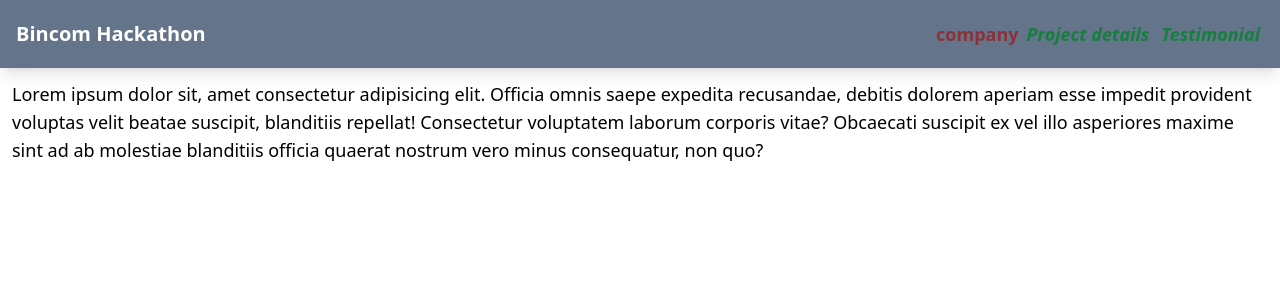
Repository: Semanmernstack/Bincom
Page: /about
These files come from the project's save history. The page is drawn as it stood at one moment and after the next save; the edit follows.
The browser window is 1280 px wide. The pictures show the whole page.
The project was rebuilt for these pictures with package versions that can differ from the ones it lists, and the page was loaded fresh each time. The framework's server and built-in components were replaced by stand-ins that run in the browser. Also part of the build but not shown: next.config.mjs.

Above is the page before, as saved 2024-01-25 23:50:42.

After the next save:
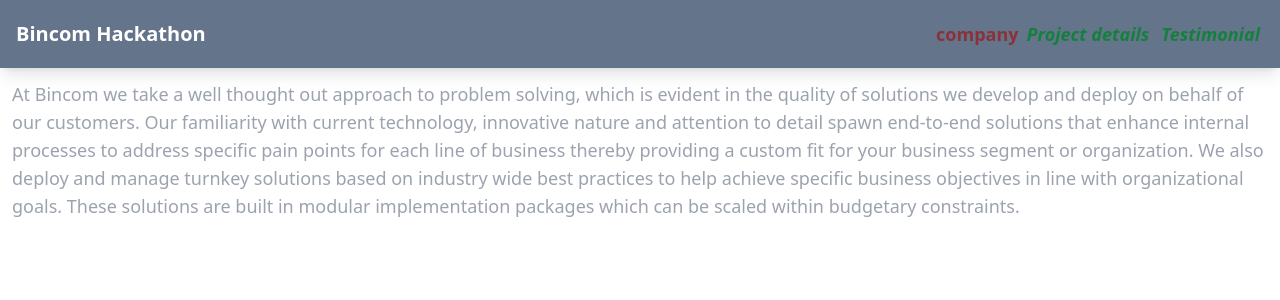
Saved 80 s later.
--- a/app/about/page.tsx
+++ b/app/about/page.tsx
@@ -2,9 +2,9 @@ import React from 'react'
 
 function page() {
   return (
-    <div className='p-3  text-sm md:text-lg'>
+    <div className='p-3 text-gray-400  text-sm md:text-lg'>
         <span className=''>
-        Lorem ipsum dolor sit, amet consectetur adipisicing elit. Officia omnis saepe expedita recusandae, debitis dolorem aperiam esse impedit provident voluptas velit beatae suscipit, blanditiis repellat! Consectetur voluptatem laborum corporis vitae? Obcaecati suscipit ex vel illo asperiores maxime sint ad ab molestiae blanditiis officia quaerat nostrum vero minus consequatur, non quo?
+            At Bincom we take a well thought out approach to problem solving, which is evident in the quality of solutions we develop and deploy on behalf of our customers. Our familiarity with current technology, innovative nature and attention to detail spawn end-to-end solutions that enhance internal processes to address specific pain points for each line of business thereby providing a custom fit for your business segment or organization. We also deploy and manage turnkey solutions based on industry wide best practices to help achieve specific business objectives in line with organizational goals. These solutions are built in modular implementation packages which can be scaled within budgetary constraints.
         </span>
     </div>
 
